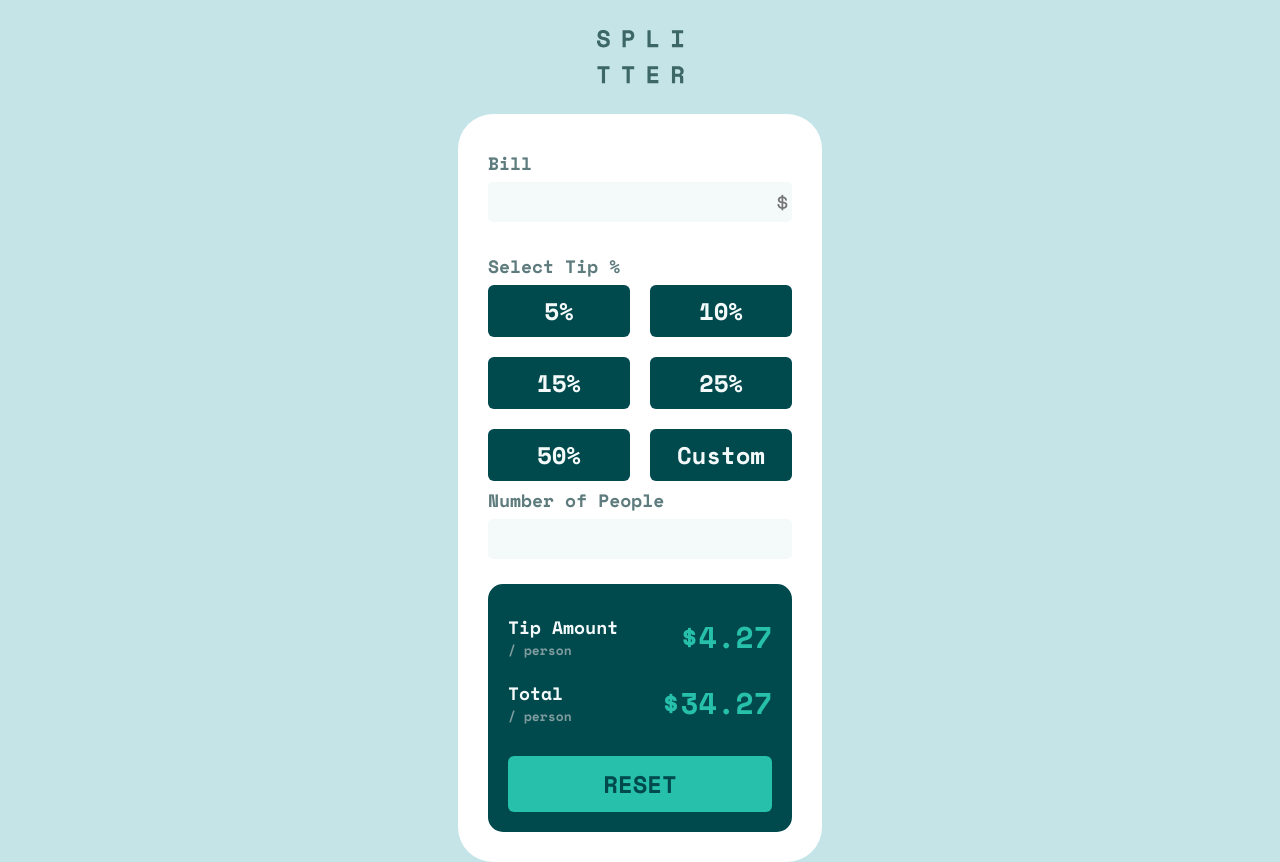
Repository: tomas938/tipcalculator
Page: /
An editor plug-in stored every save of this project. The page is shown before and after the next save, followed by the edit.
The browser window is 1280 px wide. The pictures show the whole page.
The project was rebuilt for these pictures with package versions that can differ from the ones it lists, and the page was loaded fresh each time.

Above is the page before, as saved 2021-08-04 10:01:45.

After the next save:
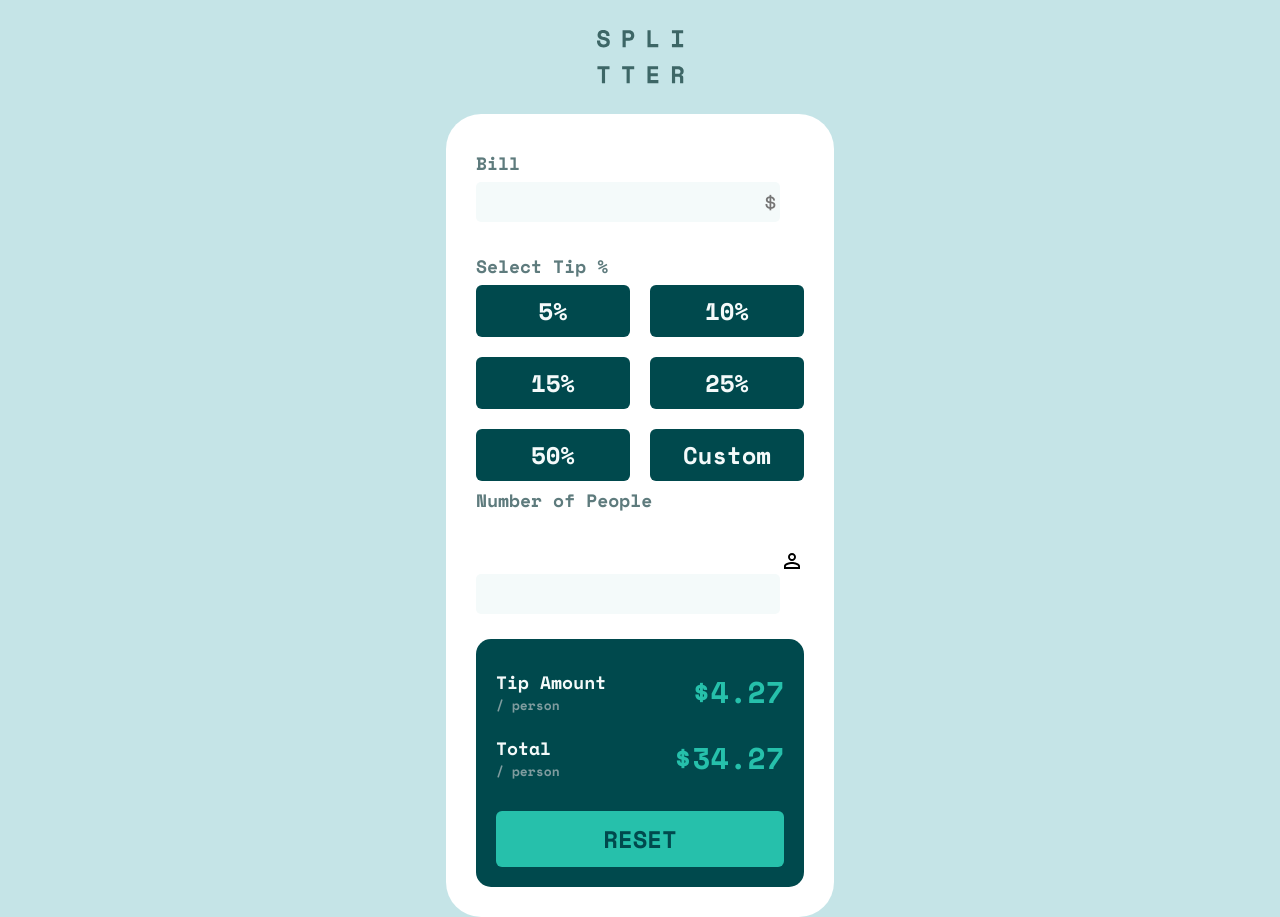
Saved 86 s later.
--- a/src/components/Splitter.vue
+++ b/src/components/Splitter.vue
@@ -20,6 +20,18 @@
 			</div>
 			<h3>Number of People</h3>
 			<input type="text" />
+			<svg
+				xmlns="http://www.w3.org/2000/svg"
+				height="24px"
+				viewBox="0 0 24 24"
+				width="24px"
+				fill="#000000"
+			>
+				<path d="M0 0h24v24H0V0z" fill="none" />
+				<path
+					d="M12 5.9c1.16 0 2.1.94 2.1 2.1s-.94 2.1-2.1 2.1S9.9 9.16 9.9 8s.94-2.1 2.1-2.1m0 9c2.97 0 6.1 1.46 6.1 2.1v1.1H5.9V17c0-.64 3.13-2.1 6.1-2.1M12 4C9.79 4 8 5.79 8 8s1.79 4 4 4 4-1.79 4-4-1.79-4-4-4zm0 9c-2.67 0-8 1.34-8 4v3h16v-3c0-2.66-5.33-4-8-4z"
+				/>
+			</svg>
 			<div class="calculator__result">
 				<div class="result">
 					<div class="information">

After the 3 saves that followed:
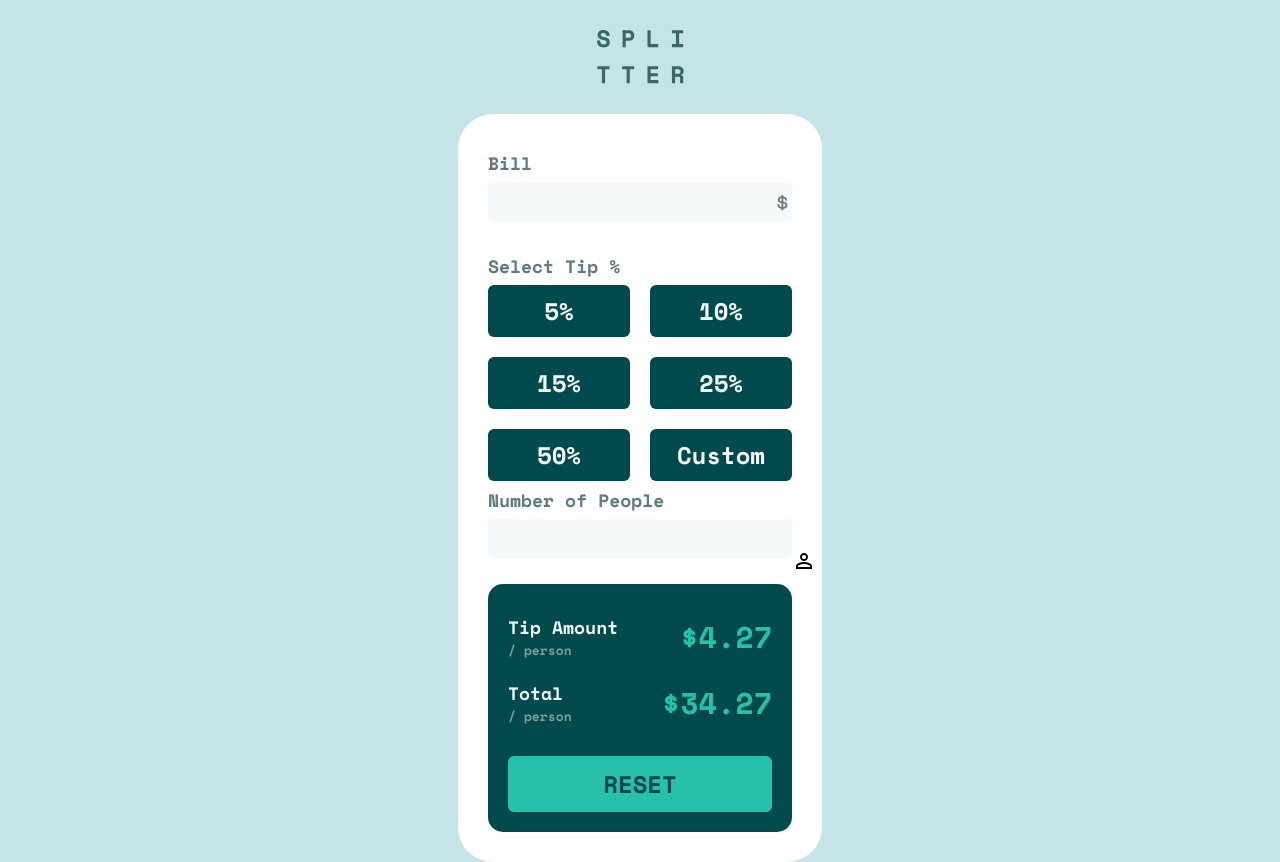
The 3 saves are shown as one change because 2 left the picture as it was.
The last was saved 70 s later.
--- a/src/components/Splitter.vue
+++ b/src/components/Splitter.vue
@@ -19,19 +19,21 @@
 				<div class="calculator__grid__item item-6"><p>Custom</p></div>
 			</div>
 			<h3>Number of People</h3>
-			<input type="text" />
-			<svg
-				xmlns="http://www.w3.org/2000/svg"
-				height="24px"
-				viewBox="0 0 24 24"
-				width="24px"
-				fill="#000000"
-			>
-				<path d="M0 0h24v24H0V0z" fill="none" />
-				<path
-					d="M12 5.9c1.16 0 2.1.94 2.1 2.1s-.94 2.1-2.1 2.1S9.9 9.16 9.9 8s.94-2.1 2.1-2.1m0 9c2.97 0 6.1 1.46 6.1 2.1v1.1H5.9V17c0-.64 3.13-2.1 6.1-2.1M12 4C9.79 4 8 5.79 8 8s1.79 4 4 4 4-1.79 4-4-1.79-4-4-4zm0 9c-2.67 0-8 1.34-8 4v3h16v-3c0-2.66-5.33-4-8-4z"
-				/>
-			</svg>
+			<div class="number-of-people">
+				<input type="text" />
+				<svg
+					xmlns="http://www.w3.org/2000/svg"
+					height="24px"
+					viewBox="0 0 24 24"
+					width="24px"
+					fill="#000000"
+				>
+					<path d="M0 0h24v24H0V0z" fill="none" />
+					<path
+						d="M12 5.9c1.16 0 2.1.94 2.1 2.1s-.94 2.1-2.1 2.1S9.9 9.16 9.9 8s.94-2.1 2.1-2.1m0 9c2.97 0 6.1 1.46 6.1 2.1v1.1H5.9V17c0-.64 3.13-2.1 6.1-2.1M12 4C9.79 4 8 5.79 8 8s1.79 4 4 4 4-1.79 4-4-1.79-4-4-4zm0 9c-2.67 0-8 1.34-8 4v3h16v-3c0-2.66-5.33-4-8-4z"
+					/>
+				</svg>
+			</div>
 			<div class="calculator__result">
 				<div class="result">
 					<div class="information">
@@ -163,4 +165,10 @@
 	color: hsl(184, 14%, 43%);
 	font-weight: 700;
 }
+.number-of-people {
+	position: relative;
+	svg {
+		position: absolute;
+	}
+}
 </style>
